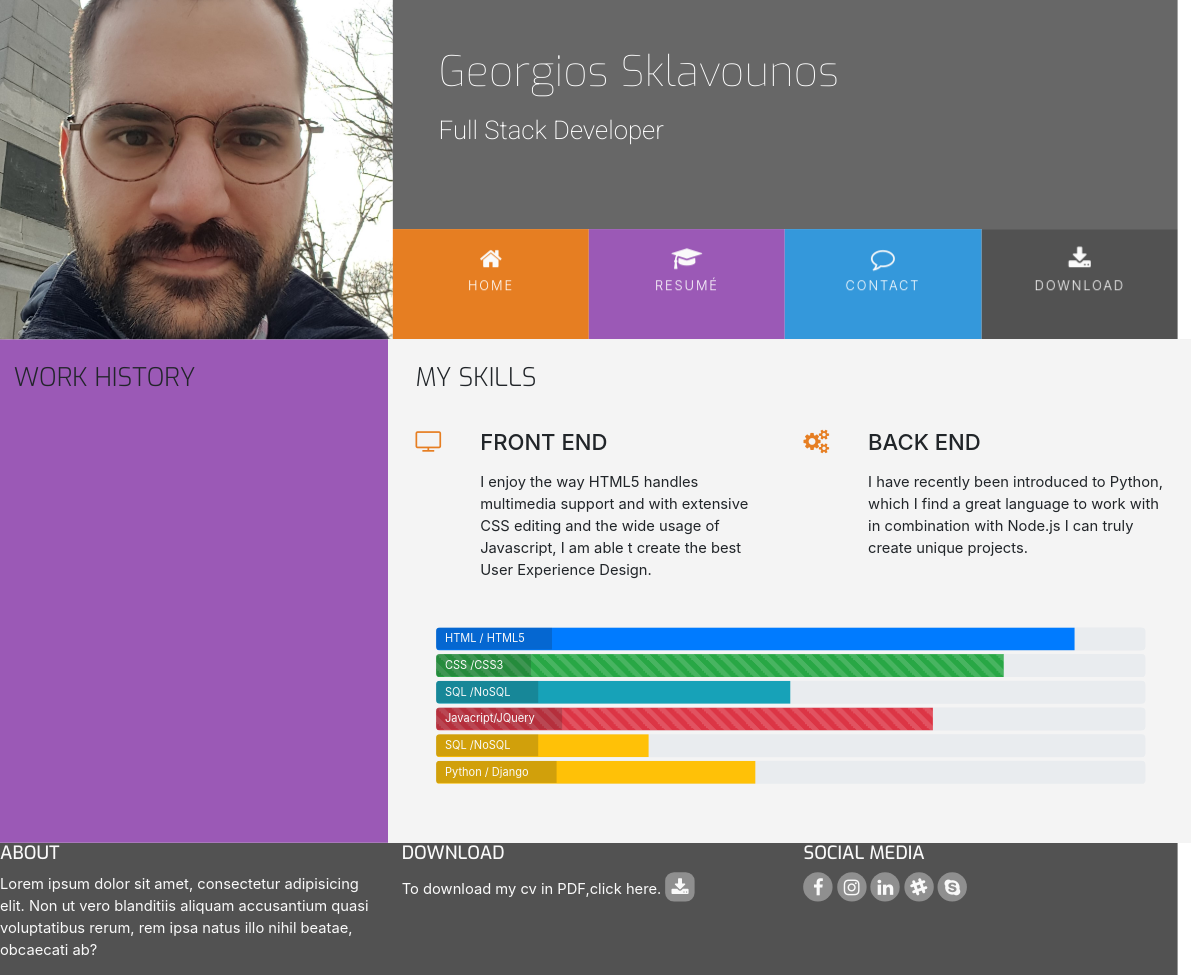
Repository: GeorgiosSklav/MyResume
Page: resume.html
The author's editor kept a record of every edit. The page is drawn from the files as they stood at one moment, then again after the next edit.
The browser window is 1280 px wide. The page is 1295 px wide, so the pictures cover 1295 px, including what lies to the right of the window. The pictures show the whole page, at 92% of full size.

Above is the page before.

### resume.html
<!DOCTYPE html>
<html lang="en">

<head>
    <meta charset="UTF-8">
    <meta name="viewport" content="width=device-width, initial-scale=1.0">
    <meta http-equiv="X-UA-Compatible" content="ie=edge">
    <link rel="stylesheet" href="https://stackpath.bootstrapcdn.com/bootstrap/4.3.1/css/bootstrap.min.css" type="text/css" />
    <link rel="stylesheet" href="https://stackpath.bootstrapcdn.com/font-awesome/4.7.0/css/font-awesome.min.css" type="text/css" />
    <link rel="stylesheet" href="assets/css/style.css" type="text/css" />
    <link rel="stylesheet" href="https://cdnjs.cloudflare.com/ajax/libs/hover.css/2.3.1/css/hover-min.css" type="text/css" />
    <title>Georgios Sklavounos resume</title>
</head>

<body>
    <header>
        <div class="row no-gutters">
            <a href="index.html" class="col-md-4 logo">

            </a>
            <div class="col-md-8">
                <div class="row no-gutters bg-color-name-title">
                    <div class="col heading">
                        <h1 class="name">Georgios Sklavounos</h1>
                        <h2 class="title">Full Stack Developer</h2>
                    </div>
                </div>
                <div class="row no-gutters">
                    <div class="col">
                        <ul id="nav" class="list-inline menucontainer">
                            <li class="col-6 col-sm-3 color-home list-inline-item menu-item">
                                <a href="#" class="hvr-sweep-to-right"><i class="fa fa-home" aria-hidden="true"></i><span>Home</span></a>
                            </li>
                            <li class="col-6 col-sm-3 color-resume list-inline-item menu-item">
                                <a href="#" class="hvr-sweep-to-left"><i class="fa fa-graduation-cap" aria-hidden="true"></i><span>Resumé</span></a>
                            </li>
                            <li class="col-6 col-sm-3 color-contact list-inline-item menu-item">
                                <a href="#" class="hvr-sweep-to-right"><i class="fa fa-comment-o" aria-hidden="true"></i><span>Contact</span></a>
                            </li>
                            <li class="col-6 col-sm-3 color-download list-inline-item menu-item">
                                <a href="#" class="hvr-sweep-to-left"><i class="fa fa-download" aria-hidden="true"></i><span>Download</span></a>
                            </li>
                        </ul>
                    </div>
                </div>
            </div>
    </header>
    <setion class="container-fluid">
        <div class="row">
            <div class="col-md-4 bg-color-work-history section-column">
                <div class="row">
                    <div class="col-12">
                        <h3 class="section-heading uppercase">Work History</h3>
                    </div>
                </div>
            </div>
            <div class="col-md-8 bg-color-three-reasons section-column">
                <div class="row">
                    <div class="col">
                        <h3 class="section-heading uppercase">My Skills</h3>
                    </div>
                </div>
                <div class="row">
                    <div class="col-10 offset-1 offset-sm-0 col-sm-4 col-md-6">
                        <div class="row">
                            <div class="col-2">
                                <i class="three-reasons-icon fa fa-tv" aria-hidden="true"></i>
                            </div>
                            <div class="col-10">
                                <h4 class="three-reason-heading uppercase">Front End</h4>
                                <p>I enjoy the way HTML5 handles multimedia support and with extensive CSS editing and the wide usage of Javascript,
                                I am able t create the best User Experience Design.</p>
                            </div>
                        </div>
                    </div>
                    <div class="col-10 offset-1 offset-sm-0 col-sm-4 col-md-6">
                        <div class="row">
                            <div class="col-2">
                                <i class="three-reasons-icon fa fa-gears" aria-hidden="true"></i>
                            </div>
                            <div class="col-10">
                                <h4 class="three-reason-heading uppercase">Back End</h4>
                                <p>I have recently been introduced to Python, which I find a great language to work with in combination with Node.js I can truly create unique projects.</p>
                            </div>
                        </div>
                    </div>
                </div>
                <div class="row progress-section">
                    <div class="col">
                        <div class="progress">
                            <div class="progress-bar" role="progressbar" aria-valuenow="90" aria-valuemin="0" aria-valuemax="100" style="width:90%;">
                                <span class="sr-only">90% complete</span>
                            </div>
                            <span class="progress-type">HTML / HTML5</span>
                        </div>
                        <div class="progress">
                            <div class="progress-bar progress-bar-striped bg-success" role="progressbar" aria-valuenow="80" aria-valuemin="0" aria-valuemax="100" style="width:80%;">
                                <span class="sr-only">80% complete</span>
                            </div>
                            <span class="progress-type">CSS /CSS3</span>
                        </div>
                        <div class="progress">
                            <div class="progress-bar bg-info" role="progressbar" style="width: 50%" aria-valuenow="50" aria-valuemin="0" aria-valuemax="100">
                                <span class="sr-only">50% complete</span>
                            </div>
                            <span class="progress-type">SQL /NoSQL</span>
                        </div>
                        <div class="progress">
                            <div class="progress-bar progress-bar-striped bg-danger" role="progressbar" aria-valuenow="70" aria-valuemin="0" aria-valuemax="100" style="width:70%;">
                                <span class="sr-only">70% complete</span>
                            </div>
                            <span class="progress-type">Javacript/JQuery</span>
                        </div>
                        <div class="progress">
                            <div class="progress-bar bg-info bg-warning" role="progressbar" style="width: 30%" aria-valuenow="30" aria-valuemin="0" aria-valuemax="100">
                                <span class="sr-only">30% complete</span>
                            </div>
                            <span class="progress-type">SQL /NoSQL</span>
                        </div>
                        <div class="progress">
                            <div class="progress-bar bg-info bg-warning" role="progressbar" style="width: 45%" aria-valuenow="45" aria-valuemin="0" aria-valuemax="100">
                                <span class="sr-only">45% complete</span>
                            </div>
                            <span class="progress-type">Python / Django</span>
                        </div>
                    </div>
                </div>
            </div>
        </div>
    </setion>
    <footer class="container-fluid ">
        <div class="row " id="footer-details ">
            <div class="col-sm-4 ">
                <h5 class="uppercase general-sub ">About</h5>
                <p class="inline-block ">
                    Lorem ipsum dolor sit amet, consectetur adipisicing elit. Non ut vero blanditiis aliquam accusantium quasi voluptatibus rerum, rem ipsa natus illo nihil beatae, obcaecati ab?
                </p>
            </div>
            <div class="col-sm-4 ">
                <h5 class="uppercase general-sub ">Download</h5>
                <p class="inline-block ">
                    To download my cv in PDF,click here.
                    <a href="# " target="_blank " class="cv-pdf ">
                        <i class="fa fa-download " aria-hidden="true "></i>
                        <span class="sr-only ">Download icon.</span>
                    </a>
                </p>
            </div>
            <div class="col-sm-4 ">
                <h5 class="uppercase general-sub ">Social Media</h5>
                <ul class="list-inline social-links ">
                    <li class="list-inline-item ">
                        <a target="_blank " href="# ">
                            <i class="fa fa-facebook "></i>
                            <span class="sr-only ">Facebook</span>
                        </a>
                    </li>
                    <li class="list-inline-item ">
                        <a target="_blank " href="# ">
                            <i class="fa fa-instagram "></i>
                            <span class="sr-only ">Instagram</span>
                        </a>
                    </li>
                    <li class="list-inline-item ">
                        <a target="_blank " href="# ">
                            <i class="fa fa-linkedin "></i>
                            <span class="sr-only ">Linked-In</span>
                        </a>
                    </li>
                    <li class="list-inline-item ">
                        <a target="_blank " href="# ">
                            <i class="fa fa-slack "></i>
                            <span class="sr-only ">Slack</span>
                        </a>
                    </li>
                    <li class="list-inline-item ">
                        <a target="_blank " href="# ">
                            <i class="fa fa-skype "></i>
                            <span class="sr-only ">Skype</span>
                        </a>
                    </li>
                </ul>
            </div>
        </div>
    </footer>
</body>

</html>

### assets/css/style.css
@import url('https://fonts.googleapis.com/css?family=Roboto:100,200,300,400,500,600,700|Exo:100,200,300,400,500,600,700');



/*-------------------------colours*/

.bg-color-name-title {
    background-color: #676767;
}

.color-home {
    background-color: #e67e22;
}

.color-resume {
    background-color: #9b59b6;
}

.color-contact {
    background-color: #3498db;
}

.color-download {
    background-color: #525252;
}

.bg-color-three-reasons {
    background-color: #f4f4f4;
}

.bg-color-personal-info {
    background-color: #f4f4f4;
}
.bg-color-work-history {
    background-color: #9b59b6;
}



/*---------------------------------Paddings,texts,etc*/

h1,
h2,
h3,
h4 {
    margin: 0;
}

.uppercase {
    text-transform: uppercase;
}

.general-sub {
    font-family: "Exo", sans-serif;
    color: #fafafa;
}

.inline-block {
    display: inline-block;
}

.row-table {
    display: table;
}

.section-column {
    display: table-cell;
    padding: 0 30px 30px;
    float: none;
}
.history-heading,
.section-heading {
    font-family: "Exo", sans-serif;
    font-weight: 300;
    margin-top: 25px;
    margin-bottom: 40px;
}

/*----------------------Container-fluid*/

.container-fluid {
    width: 100%;
    padding: 0;
    padding-bottom: 0;
    margin-right: auto;
    margin-left: auto;
}

/*----------------------heading*/

header {
    margin: 0;
}

.heading {
    margin-left: 50px;
}

.logo {
    background: url("../images/pic2.jpg");
    background-position: center;
    background-repeat: no-repeat;
    background-size: cover;
    min-height: 360px;
    transition: all 0.5s ease-in-out;
    -moz-transition: all 0.5s ease-in-out;
    -webkit-transition: all 0.5s ease-in-out;

}

.name {
    font-family: "Exo", sans-serif;
    font-weight: 100;
    font-size: 46px;
    margin-top: 50px;
    color: #fff;
}

.title {
    font-family: "Roboto", sans-serif;
    font-weight: 200;
    font-size: 28px;
    margin-top: 20px;
    margin-bottom: 90px;
    color: #fff;
}

.list-inline-item:not(:last-child) {
    margin: 0;
}

.menucontainer {
    font-size: 0;
}

#nav {
    margin: 0;
}

#nav li {
    font-size: 14px;
    padding: 0;
}

.menu-item {
    height: 120px;
    text-align: center;
    padding: 0;
}

.menu-item a {
    width: 100%;
    text-decoration: none;
    color: #fff;
    height: 120px;
}

.menu-item a i {
    padding-top: 20px;
    display: block;
    color: #fafafa;
    font-size: 26px;
}

.menu-item span {
    display: block;
    width: 100%;
    padding-top: 5px;
    text-align: center;
    text-transform: uppercase;
    font-size: 14px;
    font-weight: 300;
    letter-spacing: 2px;
}

/*--------------------------hover style*/

.hvr-sweep-to-right:before {
    background: rgb(0, 0, 0);
    height: 120px;
}

.hvr-sweep-to-left:before {
    background: rgba(0, 0, 0, 0.2);
    height: 120px;
}

/*---------------------------------footer*/

footer {
    background-color: #525252;
    color: #fafafa;
    min-height: 120px;
    margin: 0;
}

.social-links i {
    width: 32px;
    height: 32px;
    padding: 12px 0;
    border-radius: 50%;
    font-size: 20px;
    line-height: 10px;
    text-align: center;
    color: #fafafa;
    background: #8f8f8f;
    transition: all 0.35s ease-in-out;
    -moz-transition: all 0.35s ease-in-out;
    -o-transition: all 0.35s ease-in-out;
    -webkit-transition: all 0.35s ease-in-out;

}

.cv-pdf i {
    /*font-size: 19px;
    text-align: center;
    color: #fafafa;
    padding-left: 5px;
    transition: all 0.35s ease-in-out;
    -moz-transition: all 0.35s ease-in-out;
    -o-transition: all 0.35s ease-in-out;
    -webkit-transition: all 0.35s ease-in-out;*/
    width: 32px;
    height: 32px;
    padding: 12px 0;
    border-radius: 30%;
    font-size: 20px;
    line-height: 10px;
    text-align: center;
    color: #fafafa;
    background: #8f8f8f;
    transition: all 0.35s ease-in-out;
    -moz-transition: all 0.35s ease-in-out;
    -o-transition: all 0.35s ease-in-out;
    -webkit-transition: all 0.35s ease-in-out;


}

.cv-pdf i:hover {
    color: #e84610;
}

.social-links i:hover {
    color: #8f8f8f;
    background: #e84610;
}

#footer-details {
    padding: 20px;
}

/*----------------------three-reasons*/

.three-reasons-icon {
    font-size: 26px;
    color: #e67e22;
}

.three-reason-heading {
    margin-bottom: 15px;
}

/*----------------------personal-info*/

.personal-info-item {
    margin-bottom: 20px;
    display: block;
    clear: both;
}

.personal-info-item .key,
.personal-info-item .value {
    padding-right: 8px;
    display: inline-block;
}

.personal-info-item .key p,
.personal-info-item .value p {
    margin: 0;
}

.personal-info-item .key {
    width: 30%;
    margin-right: 21px;
    padding-top: 2px;
    vertical-align: top;
}

.personal-info-item .key p {
    font-weight: 700;
}

.personal-info-item .value {
    width: 60%;
    position: relative;
}

/*----------------------skills*/

.progress {
    position: relative;
    height: 25px;
    margin-bottom: 4px;
}

.progress-type {
    position: absolute;
    left: 0;
    font-weight: 400;
    padding: 3px 30px 3px 10px;
    color: #fafafa;
    background-color: rgba(25, 25, 25, 0.2);
}
.progress-section{
    margin: 35px 5px 30px 7px;
}
/*----------------------history-heading*/

.history-heading {
    color: #fafafa;
    margin-bottom: 50px;
}
.timeline-item {
    padding: 4em 3em 0em 2em;
    position: relative;
    color: #fafafa;
    border-left: solid 1px;
}
.timeline-item p {
    padding: 0;
    margin: 0;
}
.timeline-item:before{
    content: attr(data-dates);
    position: absolute;
    left: 2.5em;
    top: 3em;
    display: block;
    font-family: "Exo", sans-serif;
    font-weight: 500;
    font-size: 0.8em;
    padding: 0;
    margin: 0;
}
.timeline-item:after {
    width: 12px;
    height: 12px;
    display: block;
    top: 2.4em;
    position: relative;
    left: -6px;
    background-color: #fafafa;
    border-radius: 50%;
}

After the next edit:
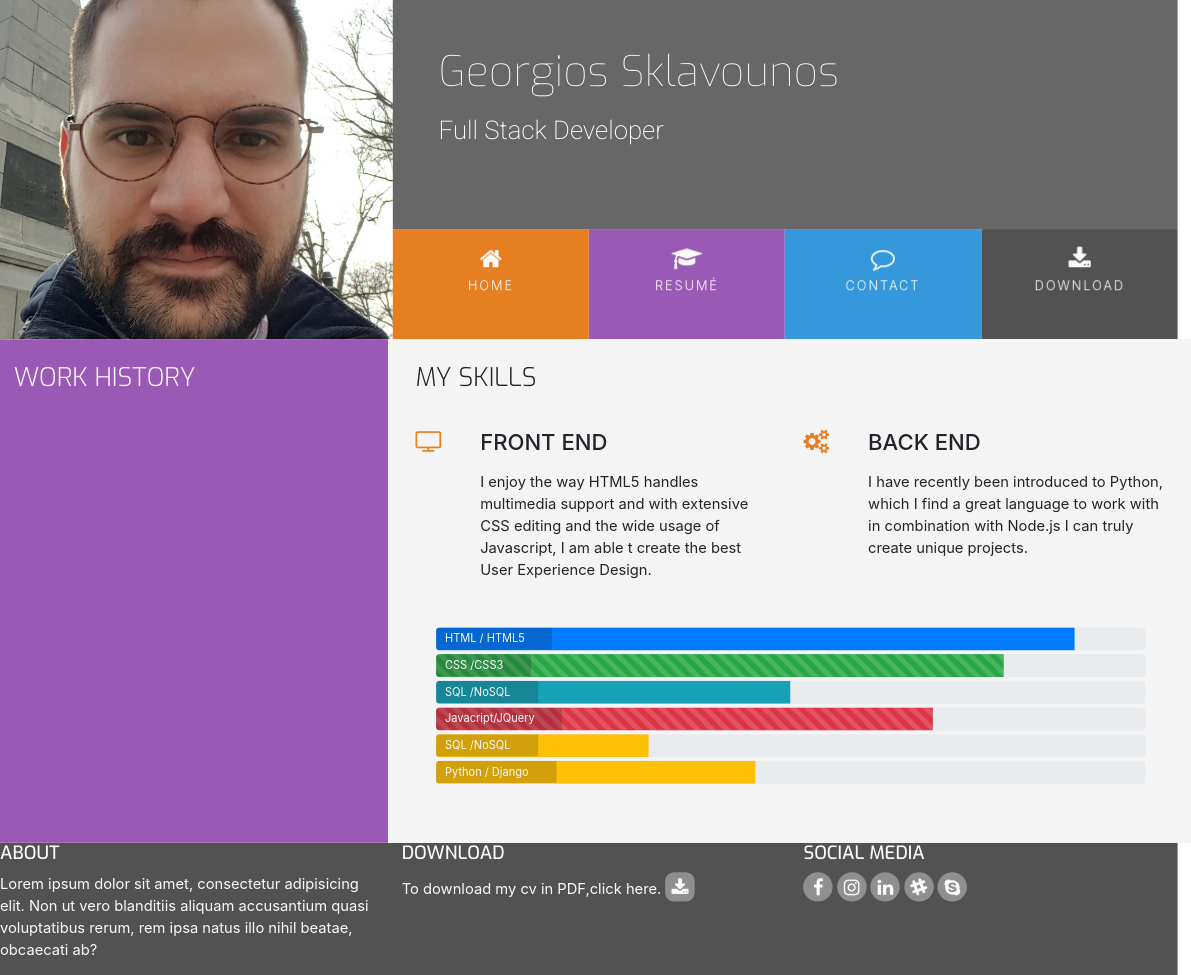
The edit:
--- a/resume.html
+++ b/resume.html
@@ -50,7 +50,7 @@
             <div class="col-md-4 bg-color-work-history section-column">
                 <div class="row">
                     <div class="col-12">
-                        <h3 class="section-heading uppercase">Work History</h3>
+                        <h3 class="history-heading uppercase">Work History</h3>
                     </div>
                 </div>
             </div>
